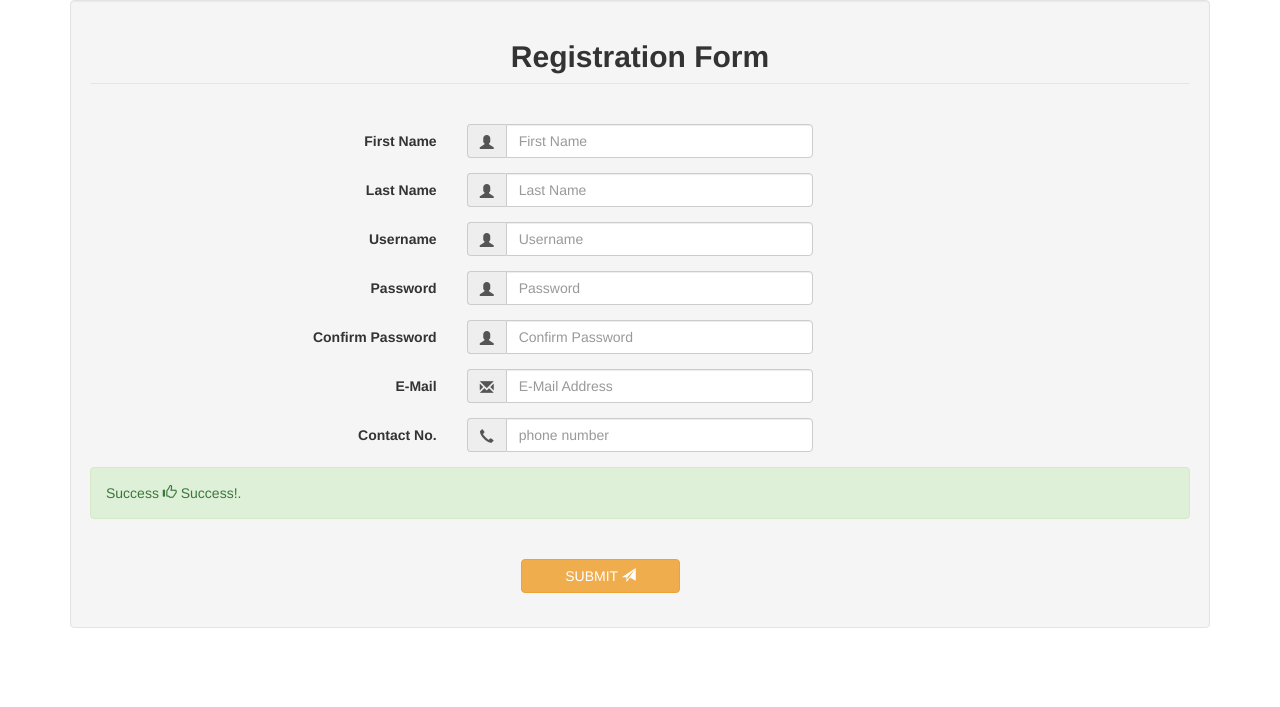
Repository: SumiyaSulaiman/project1
Page: http://localhost/cycle/registration.jsp
The author's editor kept a copy of each file at every save. The page is drawn from the files as they stood at one save, then again after the next save.
The browser window is 1280 px wide. The pictures show the whole page.
Some web libraries are served in a nearby version. The page is served by Tomcat 9. Nobody is signed in. The application's start-up code is not run. Other server files are loaded and not shown.

Above is the page before, as saved 2017-12-20 08:39:21.

### project/cycle/src/main/webapp/registration.jsp
<%@ page language="java" contentType="text/html; charset=ISO-8859-1"
    pageEncoding="ISO-8859-1"%>
<!DOCTYPE html PUBLIC "-//W3C//DTD HTML 4.01 Transitional//EN" "http://www.w3.org/TR/html4/loose.dtd">
<html>
<head>
  <meta charset="utf-8">
  <meta http-equiv="X-UA-Compatible" content="IE=edge">
  <meta name="description" content="">
  <meta name="viewport" content="width=device-width, initial-scale=1">
  <link rel="stylesheet" href="https://maxcdn.bootstrapcdn.com/bootstrap/3.3.7/css/bootstrap.min.css">
  <script src="https://ajax.googleapis.com/ajax/libs/jquery/3.2.0/jquery.min.js"></script>
  <script src="https://maxcdn.bootstrapcdn.com/bootstrap/3.3.7/js/bootstrap.min.js"></script>
</head>
<body>
      <div class="container">

    <form class="well form-horizontal" action=" " method="post"  id="contact_form">
<fieldset>

<!-- Form Name -->
<legend><center><h2><b>Registration Form</b></h2></center></legend><br>

<!-- Text input-->

<div class="form-group">
  <label class="col-md-4 control-label">First Name</label>
  <div class="col-md-4 inputGroupContainer">
  <div class="input-group">
  <span class="input-group-addon"><i class="glyphicon glyphicon-user"></i></span>
  <input  name="first_name" placeholder="First Name" class="form-control"  type="text">
    </div>
  </div>
</div>

<!-- Text input-->

<div class="form-group">
  <label class="col-md-4 control-label" >Last Name</label>
    <div class="col-md-4 inputGroupContainer">
    <div class="input-group">
  <span class="input-group-addon"><i class="glyphicon glyphicon-user"></i></span>
  <input name="last_name" placeholder="Last Name" class="form-control"  type="text">
    </div>
  </div>
</div>

<!-- Text input-->

<div class="form-group">
  <label class="col-md-4 control-label">Username</label>
  <div class="col-md-4 inputGroupContainer">
  <div class="input-group">
  <span class="input-group-addon"><i class="glyphicon glyphicon-user"></i></span>
  <input  name="user_name" placeholder="Username" class="form-control"  type="text">
    </div>
  </div>
</div>

<!-- Text input-->

<div class="form-group">
  <label class="col-md-4 control-label" >Password</label>
    <div class="col-md-4 inputGroupContainer">
    <div class="input-group">
  <span class="input-group-addon"><i class="glyphicon glyphicon-user"></i></span>
  <input name="user_password" placeholder="Password" class="form-control"  type="password">
    </div>
  </div>
</div>

<!-- Text input-->

<div class="form-group">
  <label class="col-md-4 control-label" >Confirm Password</label>
    <div class="col-md-4 inputGroupContainer">
    <div class="input-group">
  <span class="input-group-addon"><i class="glyphicon glyphicon-user"></i></span>
  <input name="confirm_password" placeholder="Confirm Password" class="form-control"  type="password">
    </div>
  </div>
</div>

<!-- Text input-->
       <div class="form-group">
  <label class="col-md-4 control-label">E-Mail</label>
    <div class="col-md-4 inputGroupContainer">
    <div class="input-group">
        <span class="input-group-addon"><i class="glyphicon glyphicon-envelope"></i></span>
  <input name="email" placeholder="E-Mail Address" class="form-control"  type="text">
    </div>
  </div>
</div>


<!-- Text input-->

<div class="form-group">
  <label class="col-md-4 control-label">Contact No.</label>
    <div class="col-md-4 inputGroupContainer">
    <div class="input-group">
        <span class="input-group-addon"><i class="glyphicon glyphicon-earphone"></i></span>
  <input name="contact_no" placeholder="phone number" class="form-control" type="text">
    </div>
  </div>
</div>

<!-- Select Basic -->

<!-- Success message -->
<div class="alert alert-success" role="alert" id="success_message">Success <i class="glyphicon glyphicon-thumbs-up"></i> Success!.</div>

<!-- Button -->
<div class="form-group">
  <label class="col-md-4 control-label"></label>
  <div class="col-md-4"><br>
    &nbsp&nbsp&nbsp&nbsp&nbsp&nbsp&nbsp&nbsp&nbsp&nbsp&nbsp&nbsp&nbsp&nbsp<button type="submit" class="btn btn-warning" >&nbsp&nbsp&nbsp&nbsp&nbsp&nbsp&nbsp&nbspSUBMIT <span class="glyphicon glyphicon-send"></span>&nbsp&nbsp&nbsp&nbsp&nbsp&nbsp&nbsp&nbsp</button>
  </div>
</div>

</fieldset>
</form>
</div>
    </div><!-- /.container -->

</body>
</html>

After the next save:
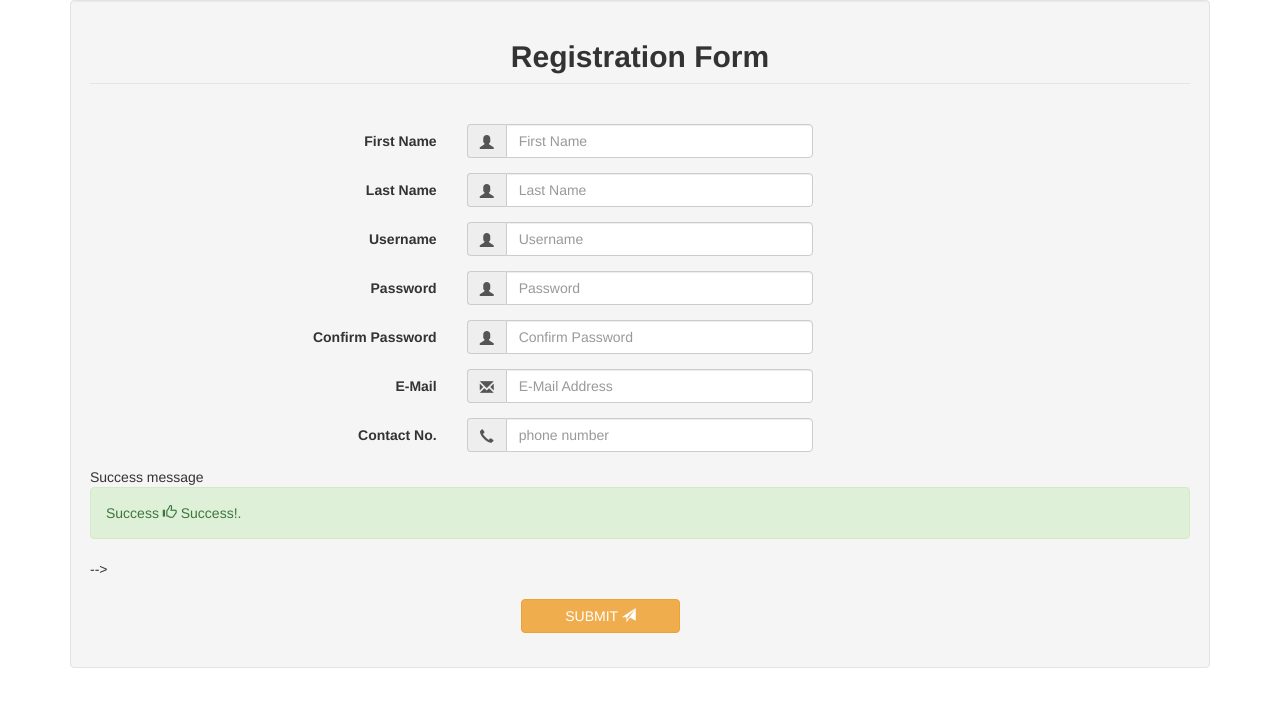
Saved 49 s later.
--- a/project/cycle/src/main/webapp/registration.jsp
+++ b/project/cycle/src/main/webapp/registration.jsp
@@ -104,11 +104,11 @@
   </div>
 </div>
 
-<!-- Select Basic -->
+<!-- <!-- Select Basic -->
 
-<!-- Success message -->
+Success message
 <div class="alert alert-success" role="alert" id="success_message">Success <i class="glyphicon glyphicon-thumbs-up"></i> Success!.</div>
-
+ -->
 <!-- Button -->
 <div class="form-group">
   <label class="col-md-4 control-label"></label>
